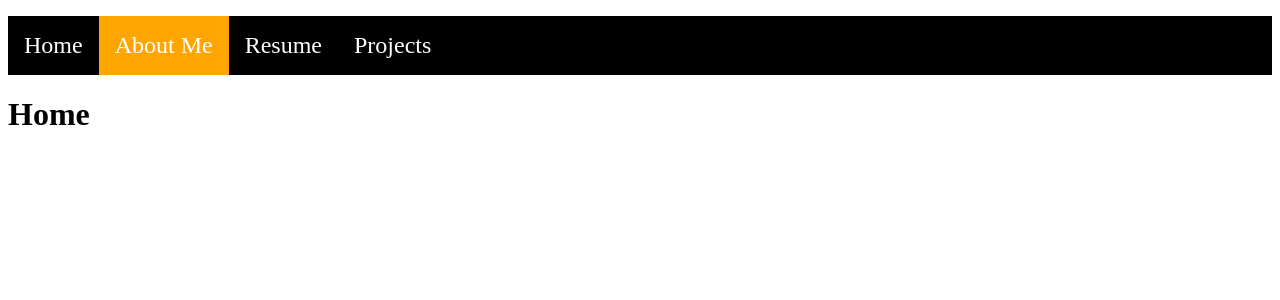
Repository: Zatarain10/Zatarain10.github.io
Page: aboutme.html
The author's editor kept a record of every edit. The page is drawn from the files as they stood at one moment, then again after the next edit.
The browser window is 1280 px wide. The pictures show the whole page.

Above is the page before.

### aboutme.html
<!DOCTYPE html>
<html>
    <head>
    <title>Home</title>
    <link rel="stylesheet" type="text/css" href="style.css">

    </head>
    <body>
        <ul class="navbar">
            <li><a href="/index.html">Home</a></li>
            <li class="active"><a href="aboutme.html">About Me</a></li>
            <li><a href="resume.html">Resume</a></li>
            <li class="dropdown">
                <div>Projects</div>
                <ul class="dropdown-content">
                    <li><a href="project1.html">Project 1</a></li>
                    <li><a href="project2.html">Project 2</a></li>
                    <li><a href="project3.html">Project 3</a></li>
                </ul>
            </li>
        </ul>

        <h1>Home</h1>

    </body>
</html>

### style.css
        .navbar{
            list-style:none;
            background-color: Black;
            overflow:hidden;
            padding:0;
        }

        .navbar a, .dropdown div{
            text-decoration:none;
            color: white;
            font-size: 24px;
            padding: 16px;
            display:inline-block;
        }

        .navbar li{
            float:left;
        }

        .navbar li:hover{
            background-color:Cyan;
        }

        .dropdown-content{
            list-style:none;
            padding: 0;
            display:none;
            position:absolute;
            z-index:1;
            background-color: Crimson;
        }

        .dropdown-content li{
            float:none;
        }

        .dropdown:hover .dropdown-content{
            display:block;
        }

        .active{
            background-color:orange;
        }

After the next edit:
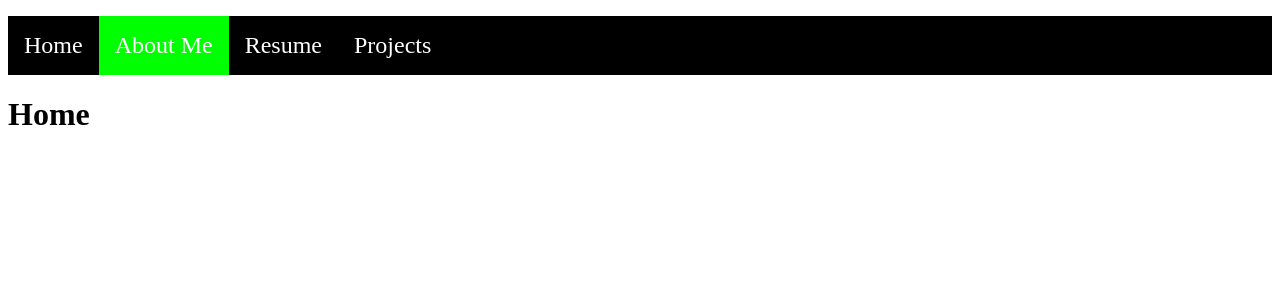
The edit:
--- a/style.css
+++ b/style.css
@@ -39,5 +39,5 @@
         }
 
         .active{
-            background-color:orange;
+            background-color:Lime;
         }
